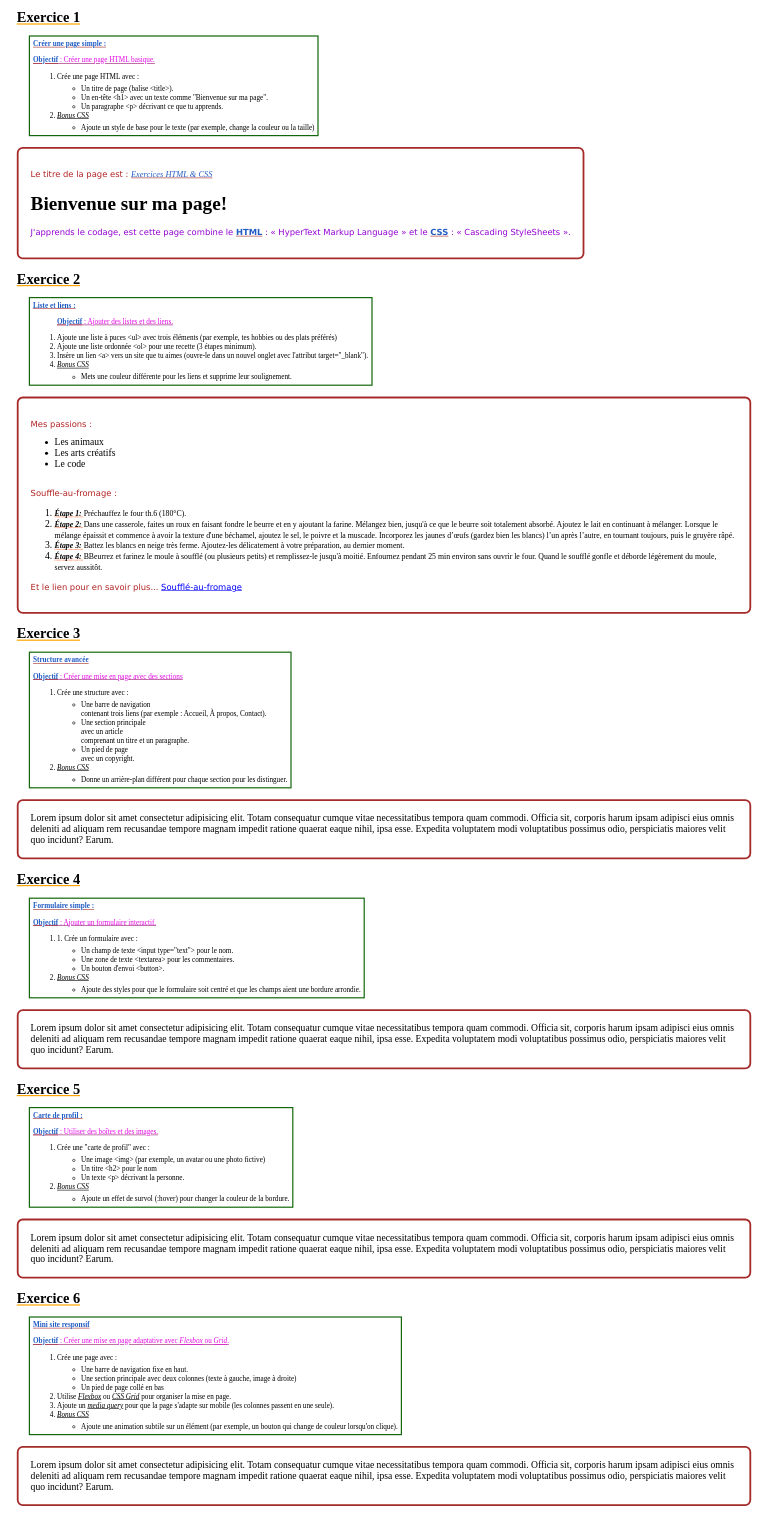
Repository: AnnaSpirit/Mimo_App
Page: Exercices_HTML&CSS.html
The author's editor kept a copy of each file at every save. The page is drawn from the files as they stood at one save, then again after the next save.
The browser window is 1280 px wide. The pictures show the whole page, at 60% of full size.

Above is the page before, as saved 2024-12-08 16:43:42.

After the next save:
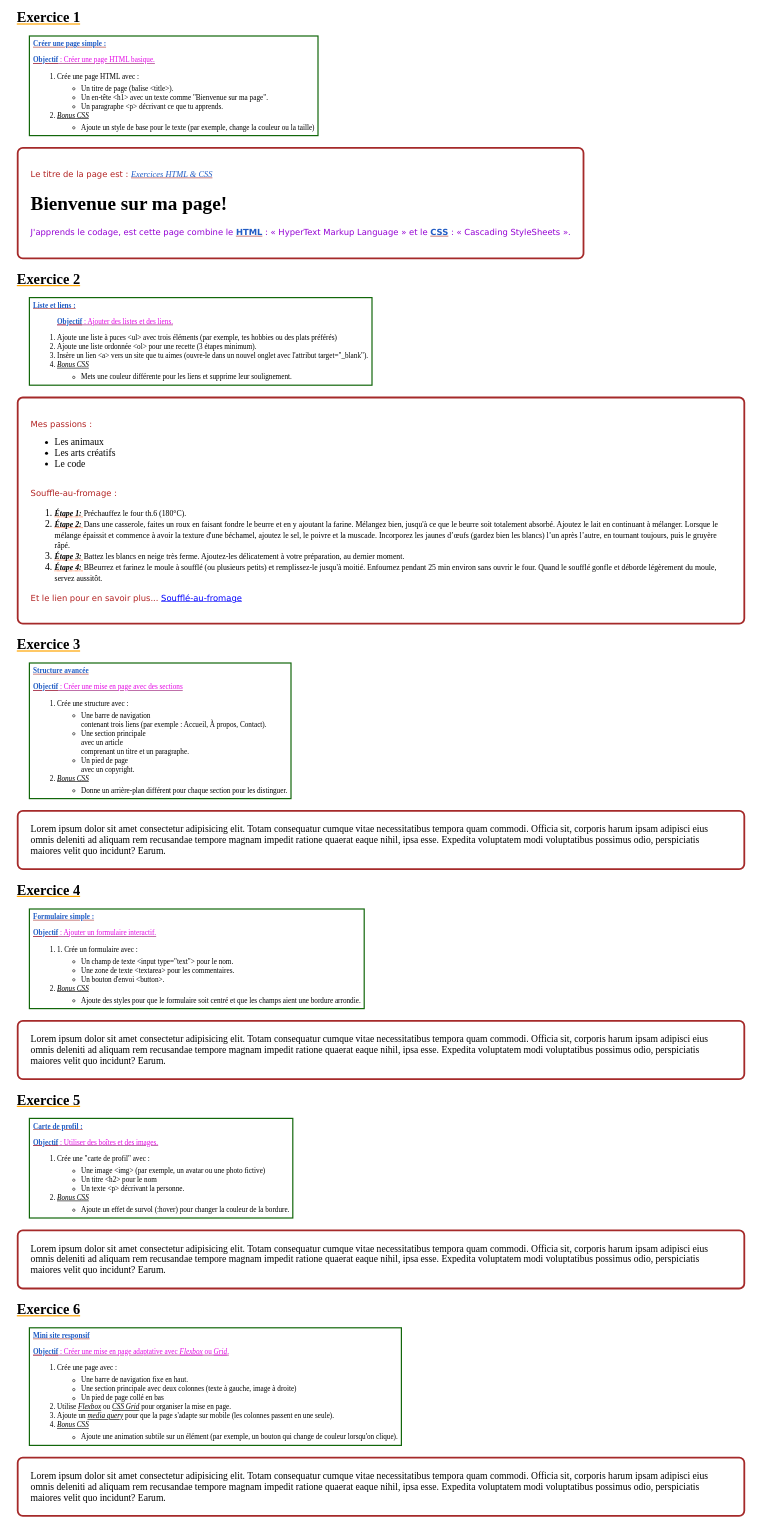
Saved 21 s later.
--- a/styleCSS.css
+++ b/styleCSS.css
@@ -1,5 +1,5 @@
 html {
-    margin: 0 20px 0 20px;
+    margin: 0 30px 0 20px;
 }
 
 .Ex {
